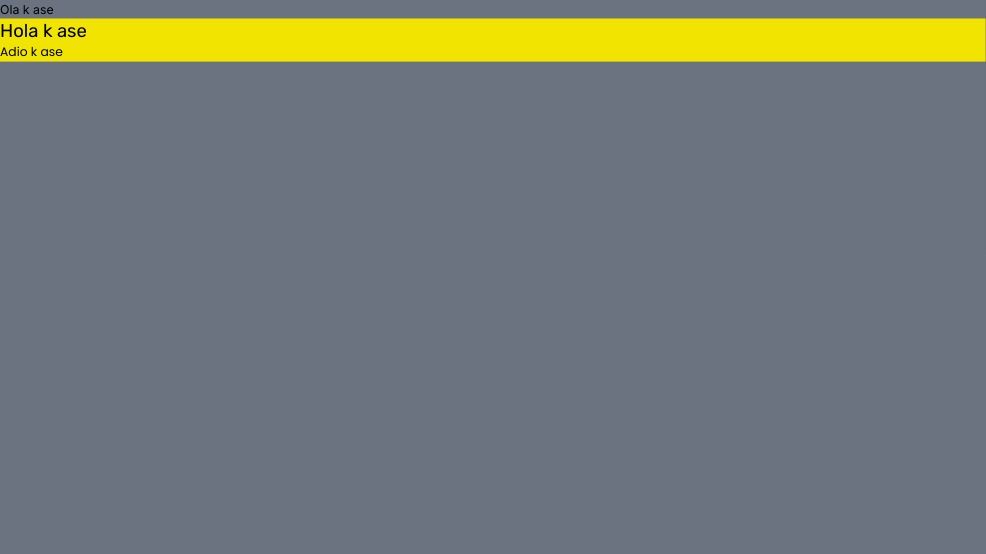
Repository: aldovelacasas/PF_RentCar2
Page: /homePage
These files come from the project's save history. The page is drawn as it stood at one moment and after the next save; the edit follows.
The browser window is 1280 px wide. The pictures show the whole page, at 77% of full size.
The project was rebuilt for these pictures with package versions that can differ from the ones it lists, and the page was loaded fresh each time. The framework's server and built-in components were replaced by stand-ins that run in the browser. Also part of the build but not shown: next.config.js.

Above is the page before, as saved 2023-08-29 18:45:22.

### src/app/layout.jsx
import "./globals.css";
import { Inter } from "next/font/google";

const inter = Inter({ subsets: ["latin"] });

export const metadata = {
  title: "Create Next App",
  description: "Generated by create next app",
};

export default function RootLayout({ children }) {
  return (
    <html lang="en">
      <body className={inter.className}>
        <h1>Ola k ase</h1>
        <div className="h-[calc(100vh-5rem)]">{children}</div>
      </body>
    </html>
  );
}

### src/app/homePage/page.jsx
import { Rubik, Poppins } from "next/font/google";

const rubik = Rubik({
  weight: "400",
  subsets: ["latin"],
});

const poppins = Poppins({
  weight: "400",
  subsets: ["latin"],
});

function HomePage() {
  return (
    <div className={`bg-amarillo_status ${rubik.className}`}>
      <h1 className="text-2xl">Hola k ase</h1>
      <div>
        <p className={`${poppins.className}`}>Adio k ase</p>
      </div>
    </div>
  );
}

export default HomePage;

### src/app/globals.css
@tailwind base;
@tailwind components;
@tailwind utilities;

body {
   @apply bg-gray-500; /* Fondo más claro */
   color: gray-800; /* Texto oscuro */
}

### tailwind.config.js
/** @type {import('tailwindcss').Config} */
module.exports = {
  content: [
    "./src/pages/**/*.{js,ts,jsx,tsx,mdx}",
    "./src/components/**/*.{js,ts,jsx,tsx,mdx}",
    "./src/app/**/*.{js,ts,jsx,tsx,mdx}",
  ],
  theme: {
    extend: {
      backgroundImage: {
        "gradient-radial": "radial-gradient(var(--tw-gradient-stops))",
        "gradient-conic":
          "conic-gradient(from 180deg at 50% 50%, var(--tw-gradient-stops))",
      },
      colors: {
        gris_fondo: "#dbdbdb",
        gris_frente: "#e9e9e9",
        negro_fondo: "#282828",
        naranja_enf: "#ea4f39",
        rojo_status: "#e30613",
        verde_status: "#4aaf4d",
        amarillo_status: "#f0e400",
      },
    },
  },
  plugins: [],
};

After the next save:
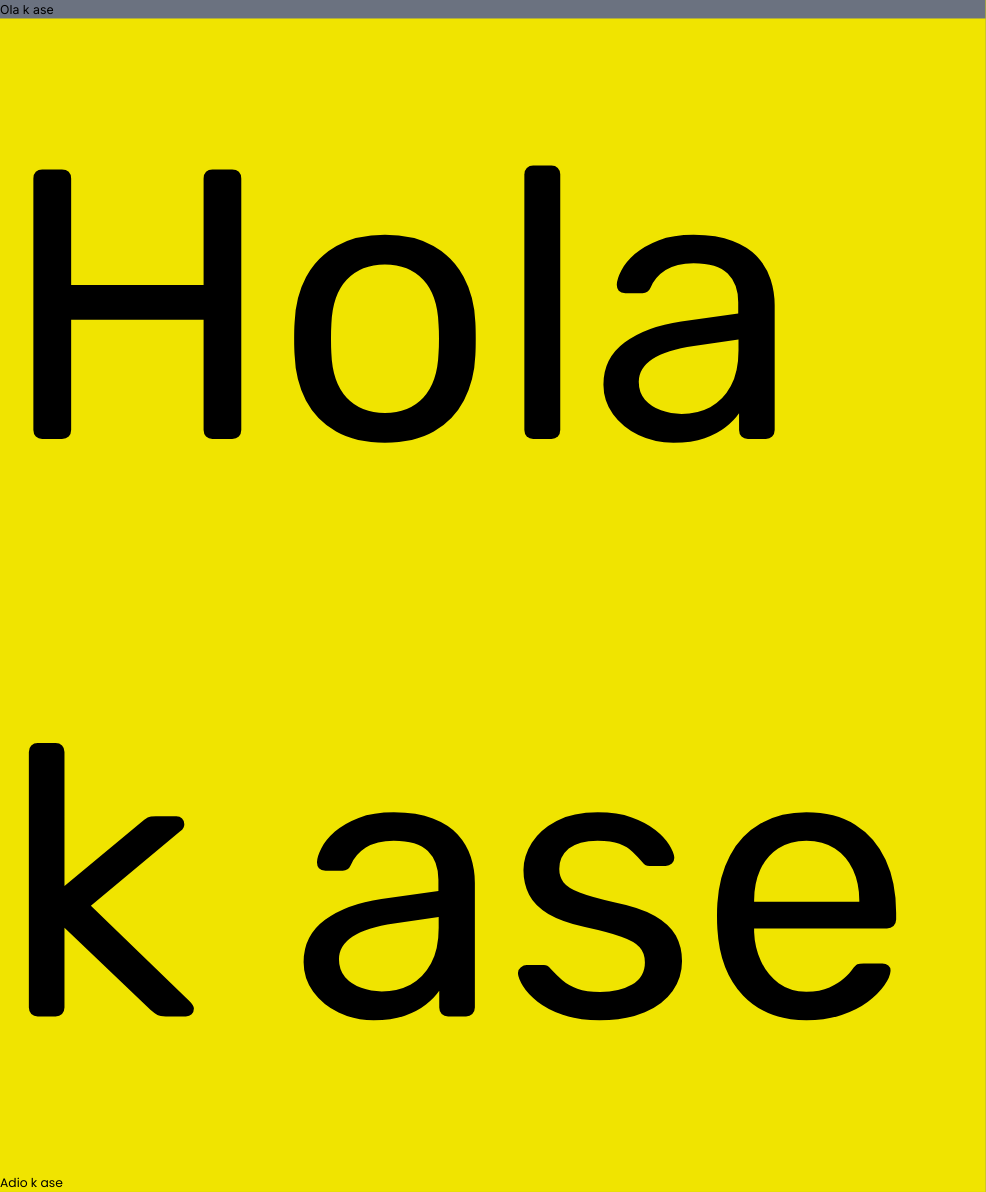
Saved 21 s later.
--- a/src/app/homePage/page.jsx
+++ b/src/app/homePage/page.jsx
@@ -13,7 +13,7 @@
 function HomePage() {
   return (
     <div className={`bg-amarillo_status ${rubik.className}`}>
-      <h1 className="text-2xl">Hola k ase</h1>
+      <h1 className="text-[500px]">Hola k ase</h1>
       <div>
         <p className={`${poppins.className}`}>Adio k ase</p>
       </div>

After the save that followed:
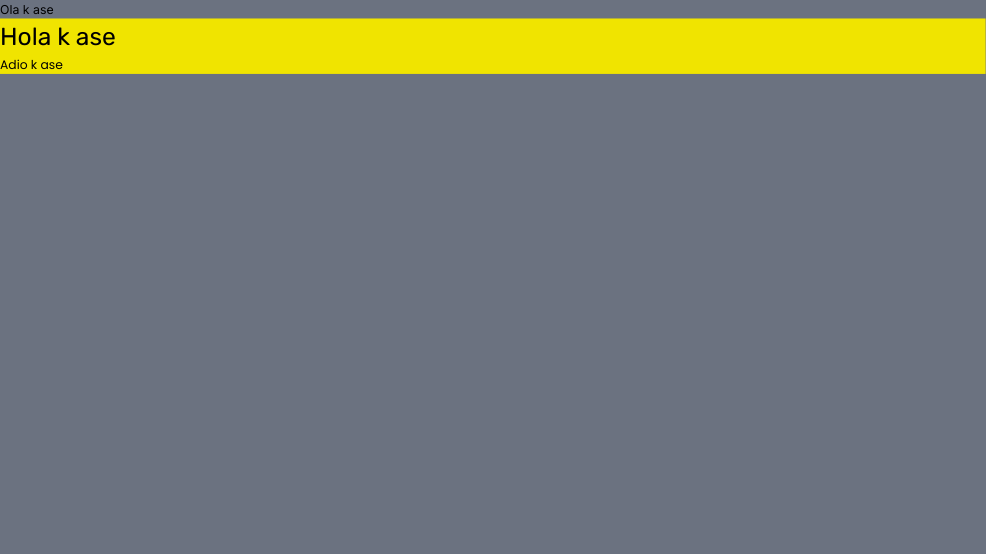
Saved 12 s later.
--- a/src/app/homePage/page.jsx
+++ b/src/app/homePage/page.jsx
@@ -13,7 +13,7 @@
 function HomePage() {
   return (
     <div className={`bg-amarillo_status ${rubik.className}`}>
-      <h1 className="text-[500px]">Hola k ase</h1>
+      <h1 className="text-[2em]">Hola k ase</h1>
       <div>
         <p className={`${poppins.className}`}>Adio k ase</p>
       </div>
